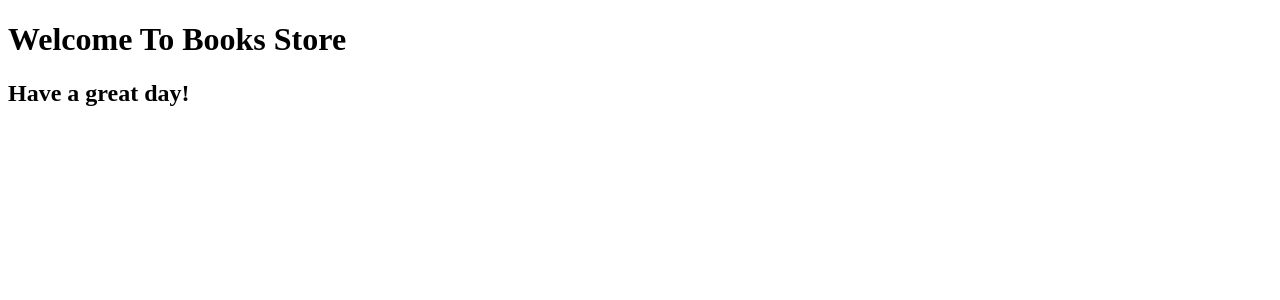
Repository: janvi2502/BookStore
Page: http://localhost/BookStoreWebsite/
An editor plug-in stored every save of this project. The page is shown before and after the next save, followed by the edit.
The browser window is 1280 px wide. The pictures show the whole page.
The page is served by Tomcat 10. Other server files are loaded and not shown.

Above is the page before, as saved 2023-10-18 13:15:00.

### BookStoreWebsite/WebContent/frontend/index.jsp
<%@ page language="java" contentType="text/html; charset=UTF-8"
    pageEncoding="UTF-8"%>
<!DOCTYPE html>
<html>
<head>
<meta charset="UTF-8">
<title>Kafka Books - Online Book Store</title>
</head>
<body>
	<h1>Welcome To Books Store</h1>
	<h2>Have a great day!</h2>
</body>
</html>

### BookStoreWebsite/src/com/bookstore/controller/frontend/HomeServlet.java
package com.bookstore.controller.frontend;

import java.io.IOException;

import jakarta.servlet.RequestDispatcher;
import jakarta.servlet.ServletException;
import jakarta.servlet.annotation.WebServlet;
import jakarta.servlet.http.HttpServlet;
import jakarta.servlet.http.HttpServletRequest;
import jakarta.servlet.http.HttpServletResponse;

@WebServlet("")
public class HomeServlet extends HttpServlet {
	private static final long serialVersionUID = 1L;

	public HomeServlet() {
		super();
	}

	protected void doGet(HttpServletRequest request, HttpServletResponse response) throws ServletException, IOException {
		String homepage = "frontend/index.jsp";
		RequestDispatcher dispatcher = request.getRequestDispatcher(homepage);
		dispatcher.forward(request, response);
	}


}

After the next save:
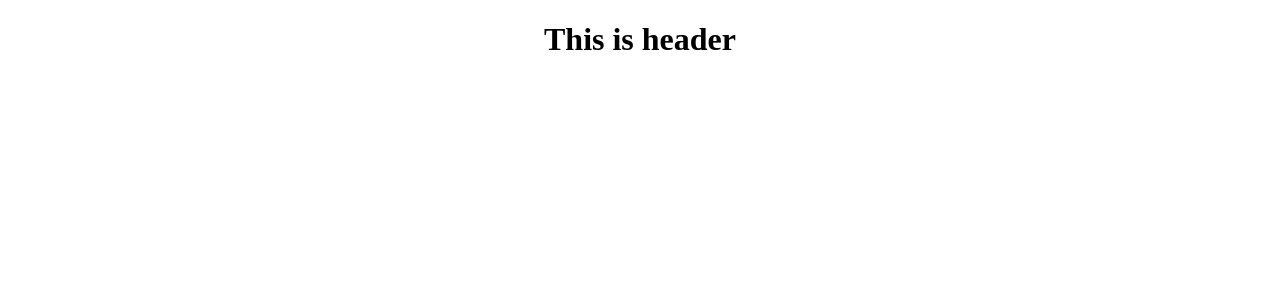
Saved 3 min 12 s later.
--- a/BookStoreWebsite/WebContent/frontend/index.jsp
+++ b/BookStoreWebsite/WebContent/frontend/index.jsp
@@ -7,7 +7,8 @@
 <title>Kafka Books - Online Book Store</title>
 </head>
 <body>
-	<h1>Welcome To Books Store</h1>
-	<h2>Have a great day!</h2>
+	<div align="center">
+		<h1>This is header</h1>
+	</div>
 </body>
 </html>
